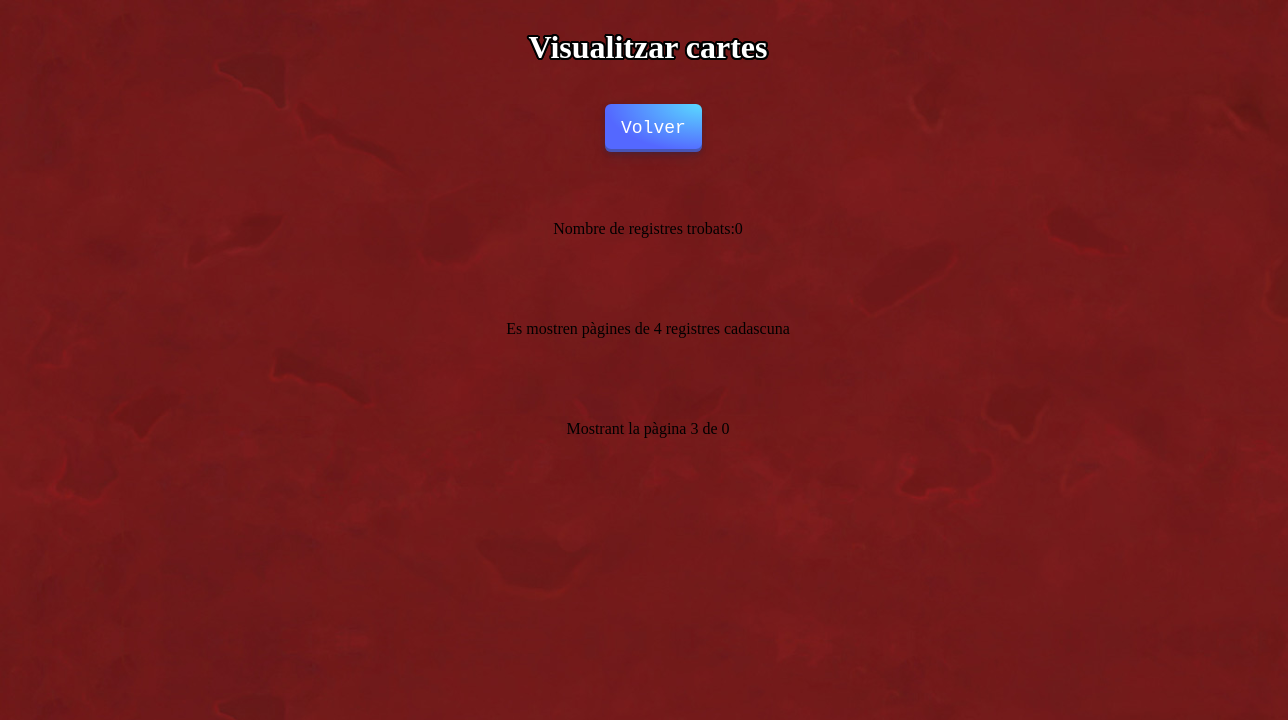
Repository: azumay/Juego-Cartas-RPG
Page: http://localhost/Prueba/verCartas.jsp
The author's editor kept a copy of each file at every save. The page is drawn from the files as they stood at one save, then again after the next save.
The browser window is 1280 px wide. The page is 1288 px wide, so the pictures cover 1288 px, including what lies to the right of the window. The pictures show the whole page.
The page is served by Tomcat 9. Queries for data that is not in the repository find no rows.

Above is the page before, as saved 2022-02-20 18:01:46.

### Prueba/src/main/webapp/verCartas.jsp
<%@ page import="java.util.Arrays,java.util.List"%>
<%@ page import="java.sql.*" %>
<%@ page language="java" contentType="text/html; charset=UTF-8" pageEncoding="UTF-8"%>
<!DOCTYPE html>
<html>
<head>
<link rel="icon" type="image/x-icon" href="img/orco.ico">
<meta charset="US-ASCII">
<link rel="stylesheet" href="Estilos/estilosCartaRandom.css">
<title>Rpg Card Generator</title>

</head>
<h1 class="titol">Visualitzar cartes</h1>
 <ul class="breadcrumb">
 <a href='index.jsp'>
  <button class="button-29" role="button">Volver</button>
  </a>

</ul>
<br><br>
<%//  variables per fer la connexio:
	 String user="m8";
	String password="yamuza";
	String host="localhost";
	String db = "cartas_m8";
	String url = "jdbc:mysql://"+host+"/"+db;
	Connection conn = null;
	Statement statement = null;
	Statement num_registres=null;
	ResultSet rs = null;
	ResultSet num_reg=null;
	int inicio;

	//Limito la busqueda
	int TAMANO_PAGINA = 4;

	//examino la página a mostrar y el inicio del registro a mostrar
	String pag = request.getParameter("pagina");
	int pagina=3;
	if (pagina==0) {
	   	inicio = 0;
	    pagina=1;
	}
	else {
	    inicio = (pagina - 1) * TAMANO_PAGINA;
	}

	/**
	//miro a ver el número total de campos que hay en la tabla con esa búsqueda
**/
Class.forName("com.mysql.jdbc.Driver").newInstance ();
conn = DriverManager.getConnection(url, user, password);
num_registres = conn.createStatement();
//inmediatamente hacemos una consulta sencilla
//creamos la consulta
num_reg = num_registres.executeQuery("SELECT * FROM Cartas;");
int num_total_registros=0;
while(num_reg.next()) {
	num_total_registros++;
}

//calculo el total de páginas
int total_paginas = (int)Math.ceil(((double)num_total_registros/ TAMANO_PAGINA));

//pongo el número de registros total, el tamaño de página y la página que se muestra

out.print("<p class='resultado'>Nombre de registres trobats:"+num_total_registros+"<p><br>");
out.print("<p class='resultado'>Es mostren pàgines de "+TAMANO_PAGINA+" registres cadascuna<p><br>");
out.print("<p class='resultado'>Mostrant la pàgina "+pagina+" de "+total_paginas+"</p><br>");




//out.print("<a href=VisualitzarCartes.jsp?pagina=2>"+2+"</a> ");
if (total_paginas > 1){
    for (int i=1;i<=total_paginas;i++){
       if (pagina == i)
          //si muestro el índice de la página actual, no coloco enlace
          out.print(pagina);
       else
          //si el índice no corresponde con la página mostrada actualmente, coloco el enlace para ir a esa página
          out.print(" <a href=VisualitzarCartes.jsp?pagina="+i+">"+i+"</a> ");
    }
}
out.print("<br><br>");
try{

	Class.forName("com.mysql.jdbc.Driver").newInstance ();
	conn = DriverManager.getConnection(url, user, password);
	statement = conn.createStatement();
	//inmediatamente hacemos una consulta sencilla
	//creamos la consulta
	String sentence="SELECT * from Carta limit "+inicio+","+TAMANO_PAGINA;
	rs = statement.executeQuery(sentence);
	//leemos la consulta
	while(rs.next()) {
	//mostramos los resultados obtenidos
	//out.println(rs.getString("ID_carta"));
	//String nom=request.getParameter("nom");
	out.print(rs.getString("NOM_carta"));%>

	<br>
	race:<%out.print(rs.getString("RACE_carta")); %><br>
	FUE:<%out.print(rs.getString("FUE_carta")); %><br>
	DES:<%out.print(rs.getString("DES_carta")); %><br>
	CON:<%out.print(rs.getString("CON_carta")); %><br>
	INT:<%out.print(rs.getString("INT_carta")); %><br>
	SAB:<%out.print(rs.getString("SAB_carta")); %><br>
	CAR:<%out.print(rs.getString("CAR_carta")); %><br>
	PV:<%out.print(rs.getString("PV_carta")); %><br>
	<table width="<%out.print(rs.getString("PV_carta")); %>" bgcolor="red"><tr><td></td></tr></table>
	PM:<%out.print(rs.getString("PM_carta")); %><br>
	<table width="<%out.print(rs.getString("PM_carta")); %>" bgcolor="blue"><tr><td></td></tr></table>
	<br>
	<img src="img/<%out.print(rs.getString("PIC_carta")); %>.png" height="100" width="80">
	<br>
<%
	}
	//cerramos la conexión
	rs.close();
	}catch(SQLException error) {
	out.print("Error de Conexión : "+error.toString());
	}



	%>

### Prueba/src/main/webapp/Estilos/estilosCartaRandom.css
@charset "UTF-8";

/* ESTILOS VERCARTAS.JSP */
.titol{
	color: rgb(255, 255, 255);
	text-shadow: rgb(0, 0, 0) 2px 0px 0px, rgb(0, 0, 0) 1.75517px 0.95885px
		0px, rgb(0, 0, 0) 1.0806px 1.68294px 0px, rgb(0, 0, 0) 0.14147px
		1.99499px 0px, rgb(0, 0, 0) -0.83229px 1.81859px 0px, rgb(0, 0, 0)
		-1.60229px 1.19694px 0px, rgb(0, 0, 0) -1.97998px 0.28224px 0px,
		rgb(0, 0, 0) -1.87291px -0.70157px 0px, rgb(0, 0, 0) -1.30729px
		-1.5136px 0px, rgb(0, 0, 0) -0.42159px -1.95506px 0px, rgb(0, 0, 0)
		0.56732px -1.91785px 0px, rgb(0, 0, 0) 1.41734px -1.41108px 0px,
		rgb(0, 0, 0) 1.92034px -0.55883px 0px;
}

/* ESTILOS GENERALES */
body {
	background-image: url("../img/fondo-creacion-cartas.jpg");
	background-size: cover;
	display: flex;
	-moz-box-pack: start;
	justify-content: flex-start;
	flex-direction: column;
	-moz-box-align: center;
	align-items: center;
	position: relative;
	padding-bottom: 125px;
	width: 100%;
	overflow: hidden;
}
/* ESTILOS CASRTARANDOM.JSP */
.demo {
	border: 1px solid #C0C0C0;
	border-collapse: collapse;
	padding: 5px;
	background-color: white;
}

.demo th {
	border: 1px solid #C0C0C0;
	padding: 25px;
	background: #F0F0F0;
}

.demo td {
	border: 1px solid #C0C0C0;
	padding: 5px;
	padding: 25px;
}

a {
	margin-right: 30px;
}
.botones-control{
	margin: 0px 40px 10px 0px;
}
.copy{
	color: rgb(255, 255, 255);
	text-shadow: rgb(0, 0, 0) 2px 0px 0px, rgb(0, 0, 0) 1.75517px 0.95885px
		0px, rgb(0, 0, 0) 1.0806px 1.68294px 0px, rgb(0, 0, 0) 0.14147px
		1.99499px 0px, rgb(0, 0, 0) -0.83229px 1.81859px 0px, rgb(0, 0, 0)
		-1.60229px 1.19694px 0px, rgb(0, 0, 0) -1.97998px 0.28224px 0px,
		rgb(0, 0, 0) -1.87291px -0.70157px 0px, rgb(0, 0, 0) -1.30729px
		-1.5136px 0px, rgb(0, 0, 0) -0.42159px -1.95506px 0px, rgb(0, 0, 0)
		0.56732px -1.91785px 0px, rgb(0, 0, 0) 1.41734px -1.41108px 0px,
		rgb(0, 0, 0) 1.92034px -0.55883px 0px;
}
.titulo-cabecera h2 {
	color: rgb(255, 255, 255);
	text-shadow: rgb(0, 0, 0) 2px 0px 0px, rgb(0, 0, 0) 1.75517px 0.95885px
		0px, rgb(0, 0, 0) 1.0806px 1.68294px 0px, rgb(0, 0, 0) 0.14147px
		1.99499px 0px, rgb(0, 0, 0) -0.83229px 1.81859px 0px, rgb(0, 0, 0)
		-1.60229px 1.19694px 0px, rgb(0, 0, 0) -1.97998px 0.28224px 0px,
		rgb(0, 0, 0) -1.87291px -0.70157px 0px, rgb(0, 0, 0) -1.30729px
		-1.5136px 0px, rgb(0, 0, 0) -0.42159px -1.95506px 0px, rgb(0, 0, 0)
		0.56732px -1.91785px 0px, rgb(0, 0, 0) 1.41734px -1.41108px 0px,
		rgb(0, 0, 0) 1.92034px -0.55883px 0px;
	position: relative;
	z-index: 1;
	width: 100%;
	margin-top: 35px;
}

.titulo-cabecera {
	margin: 10px 0 55px;
    width: 550px;
    position: relative;
    text-align: center;
    display: flex;
    -moz-box-pack: center;
    justify-content: center;
    -moz-box-align: center;
    align-items: center;
    z-index: 1;
}

.titulo-cabecera img {
	position: absolute;
	top: 0px;
	left: 0px;
	width: 100%;
	max-width: 100%;
}
/* CSS BOTONES */

a:link, a:visited, a:active {
    text-decoration:none;
}
.button-29 {
	align-items: center;
	appearance: none;
	background-image: radial-gradient(100% 100% at 100% 0, #5adaff 0, #5468ff 100%);
	border: 0;
	border-radius: 6px;
	box-shadow: rgba(45, 35, 66, .4) 0 2px 4px, rgba(45, 35, 66, .3) 0 7px
		13px -3px, rgba(58, 65, 111, .5) 0 -3px 0 inset;
	box-sizing: border-box;
	color: #fff;
	cursor: pointer;
	display: inline-flex;
	font-family: "JetBrains Mono", monospace;
	height: 48px;
	justify-content: center;
	line-height: 1;
	list-style: none;
	overflow: hidden;
	padding-left: 16px;
	padding-right: 16px;
	position: relative;
	text-align: left;
	text-decoration: none;
	transition: box-shadow .15s, transform .15s;
	user-select: none;
	-webkit-user-select: none;
	touch-action: manipulation;
	white-space: nowrap;
	will-change: box-shadow, transform;
	font-size: 18px;
}

.button-29:focus {
	box-shadow: #3c4fe0 0 0 0 1.5px inset, rgba(45, 35, 66, .4) 0 2px 4px,
		rgba(45, 35, 66, .3) 0 7px 13px -3px, #3c4fe0 0 -3px 0 inset;
}

.button-29:hover {
	box-shadow: rgba(45, 35, 66, .4) 0 4px 8px, rgba(45, 35, 66, .3) 0 7px
		13px -3px, #3c4fe0 0 -3px 0 inset;
	transform: translateY(-2px);
}

.button-29:active {
	box-shadow: #3c4fe0 0 3px 7px inset;
	transform: translateY(2px);
}

After the next save:
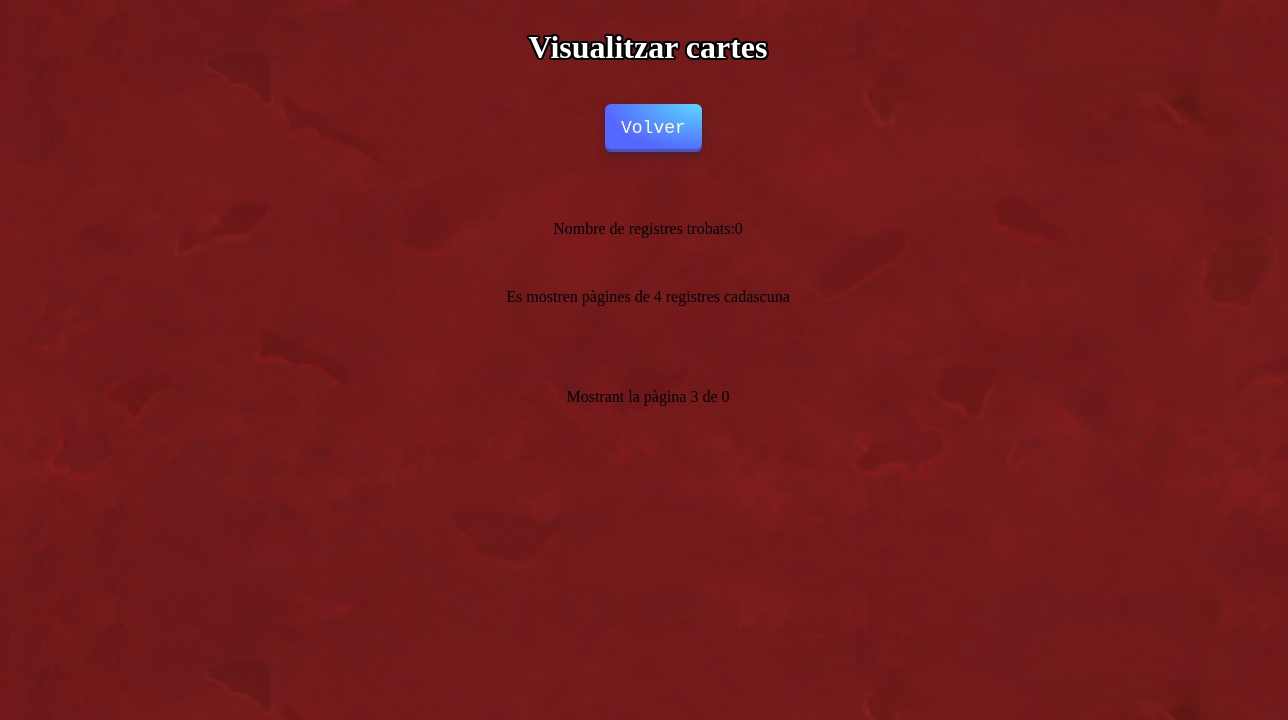
Saved 42 s later.
--- a/Prueba/src/main/webapp/verCartas.jsp
+++ b/Prueba/src/main/webapp/verCartas.jsp
@@ -64,7 +64,7 @@
 
 //pongo el número de registros total, el tamaño de página y la página que se muestra
 
-out.print("<p class='resultado'>Nombre de registres trobats:"+num_total_registros+"<p><br>");
+out.print("<p class='resultado'>Nombre de registres trobats:"+num_total_registros+"</p><br>");
 out.print("<p class='resultado'>Es mostren pàgines de "+TAMANO_PAGINA+" registres cadascuna<p><br>");
 out.print("<p class='resultado'>Mostrant la pàgina "+pagina+" de "+total_paginas+"</p><br>");
 
